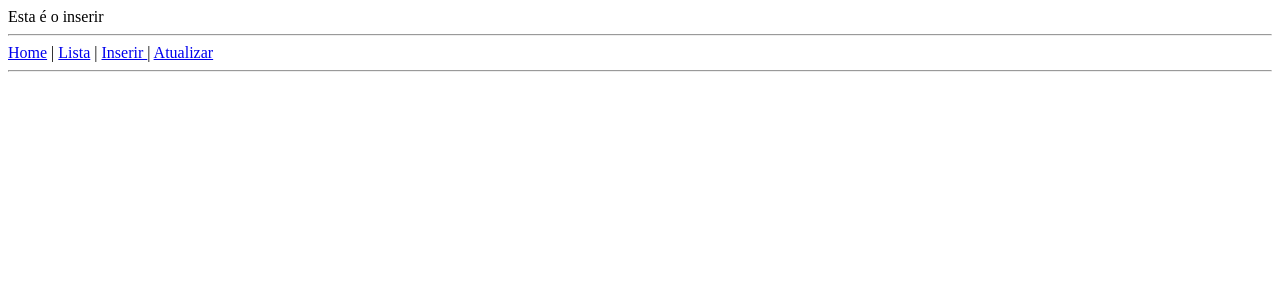
Repository: vivian-nakano/Projetos-Spring
Page: webmvc/src/main/resources/static/atualizar.html
An editor plug-in stored every save of this project. The page is shown before and after the next save, followed by the edit.
The browser window is 1280 px wide. The pictures show the whole page.
The page's requests for data from a server got no answer. Some web libraries are served in a nearby version.

Above is the page before, as saved 2020-11-10 11:49:05.

### webmvc/src/main/resources/static/atualizar.html
<!DOCTYPE html>
<html>
<head>

<script
	src="https://ajax.googleapis.com/ajax/libs/angularjs/1.6.9/angular.min.js"></script>
<script src="controller.js">
</script>
<meta charset="ISO-8859-1">

<title>Insert title here</title>
</head>
<body>

	Esta é o inserir
	<hr>

	<a href="index.html">Home</a> |
	<a href="lista.html">Lista</a> |
	<a href="inserir.html">Inserir </a> |
	<a href="atualizar.html">Atualizar </a>

	<hr>
	<div ng-app="myApp" ng-controller="myCtrl">

</body>
</html>

### webmvc/src/main/resources/static/controller.js
var app = angular.module('myApp', []);

app.controller('myCtrl', function($scope, $http) {
	$scope.manutencoes = new Object();

	$scope.salvar = function() {
		$http.post("http://localhost:8080/manutencoes", {
			'id' : $scope.id,
			'nome' : $scope.nome,
			'categoria' : $scope.categoria,
			'data' : $scope.data,
			'pago' : $scope.pago

		})
	};

	$scope.buscarTodos = function() {
		$http.get("http://localhost:8080/manutencoes").then(function(resposta) {
			$scope.manutencoes = resposta.data
		});
	}

	$scope.buscarTodos();

	$scope.put = function () {
		$http.put("http://localhost:8080/manutencoes/ "+$scope.id,{
			'nome' : $scope.nome,
			'categoria' : $scope.categoria,
			'pago': $scope.pago
		})
	}

});

After the next save:
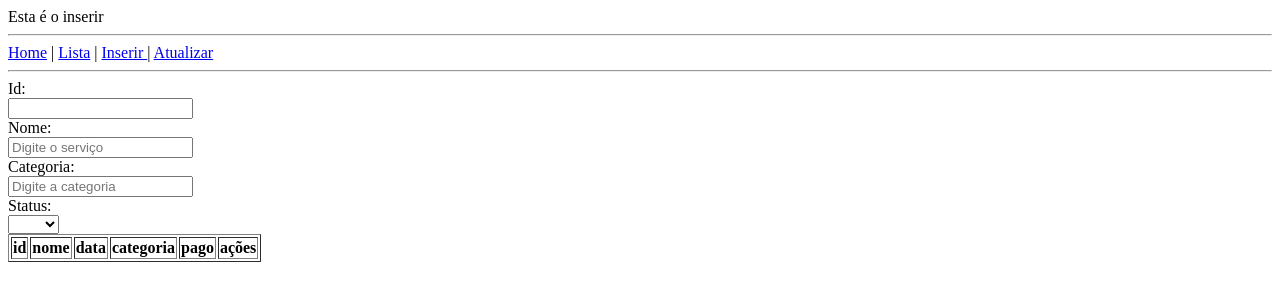
Saved 5 min 18 s later.
--- a/webmvc/src/main/resources/static/atualizar.html
+++ b/webmvc/src/main/resources/static/atualizar.html
@@ -23,5 +23,41 @@
 	<hr>
 	<div ng-app="myApp" ng-controller="myCtrl">
 
+	<form>
+			Id:<br> <input type="number" ng-model="id" readonly><br>
+			Nome: <br> <input type="text" ng-model="nome" size="20"
+				placeholder="Digite o serviço"><br>
+			Categoria: <br><input type="text" ng-model="categoria" size="20"
+				placeholder="Digite a categoria"><br>
+			Status: <br>
+			<select ng-model="pago">
+				<option>true</option>
+				<option>false</option>
+			</select>
+		<br>
+	</form>
+
+		<table border="1">
+
+			<tr>
+				<th>id</th>
+				<th>nome</th>
+				<th>data</th>
+				<th>categoria</th>
+				<th>pago</th>
+				<th>ações</th>
+			</tr>
+
+			<tr ng-repeat="manutencao in manutencoes">
+				<td>{{manutencao.id}}</td>
+				<td>{{manutencao.nome}}</td>
+				<td>{{manutencao.data}}</td>
+				<td>{{manutencao.categoria}}</td>
+				<td>{{manutencao.pago}}</td>
+				<td>editar | excluir</td>
+			</tr>
+		</table>
+
+</div>
 </body>
 </html>
